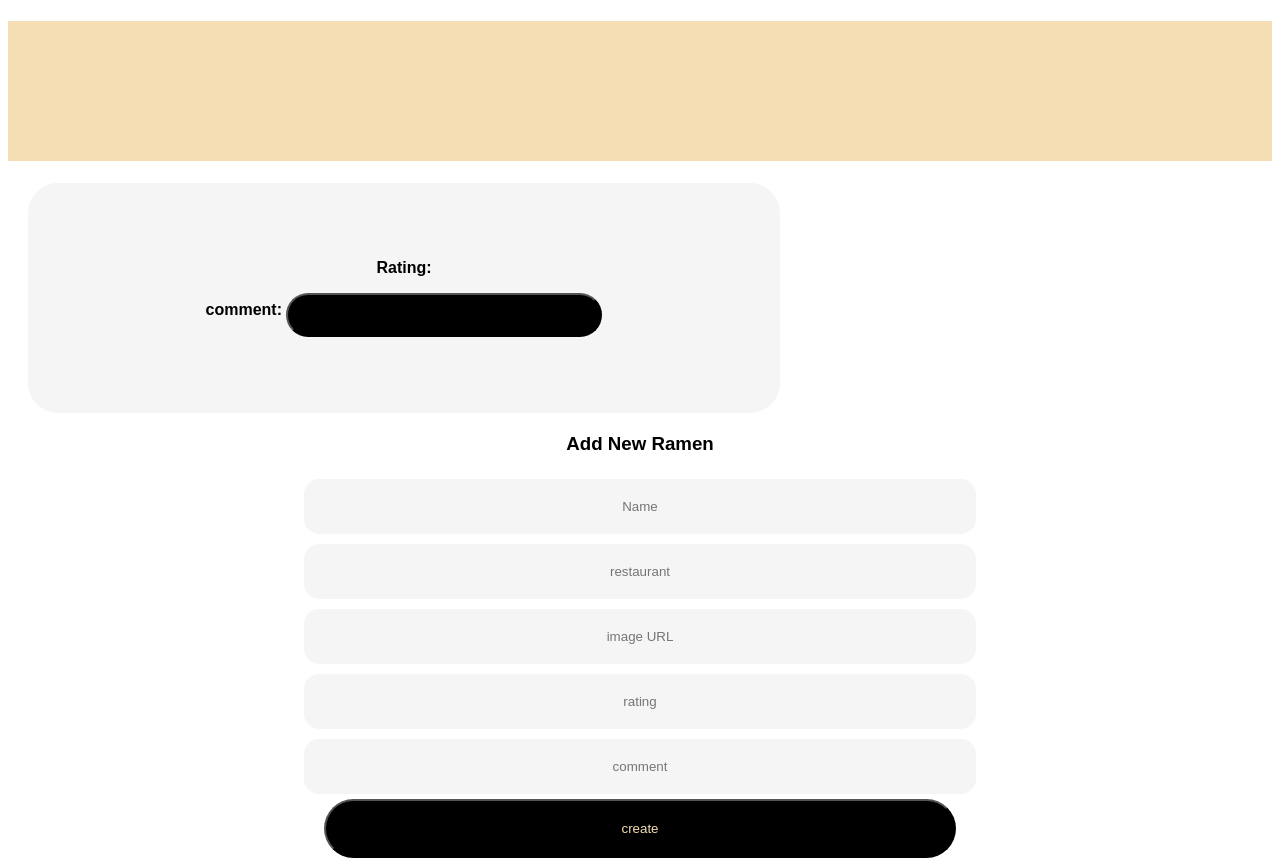
Repository: travinne/travthegr88
Page: code/ramen-rating-app/index.html
An editor plug-in stored every save of this project. The page is shown before and after the next save, followed by the edit.
The browser window is 1280 px wide. The pictures show the whole page.

Above is the page before, as saved 2025-03-19 10:13:30.

After the next save:
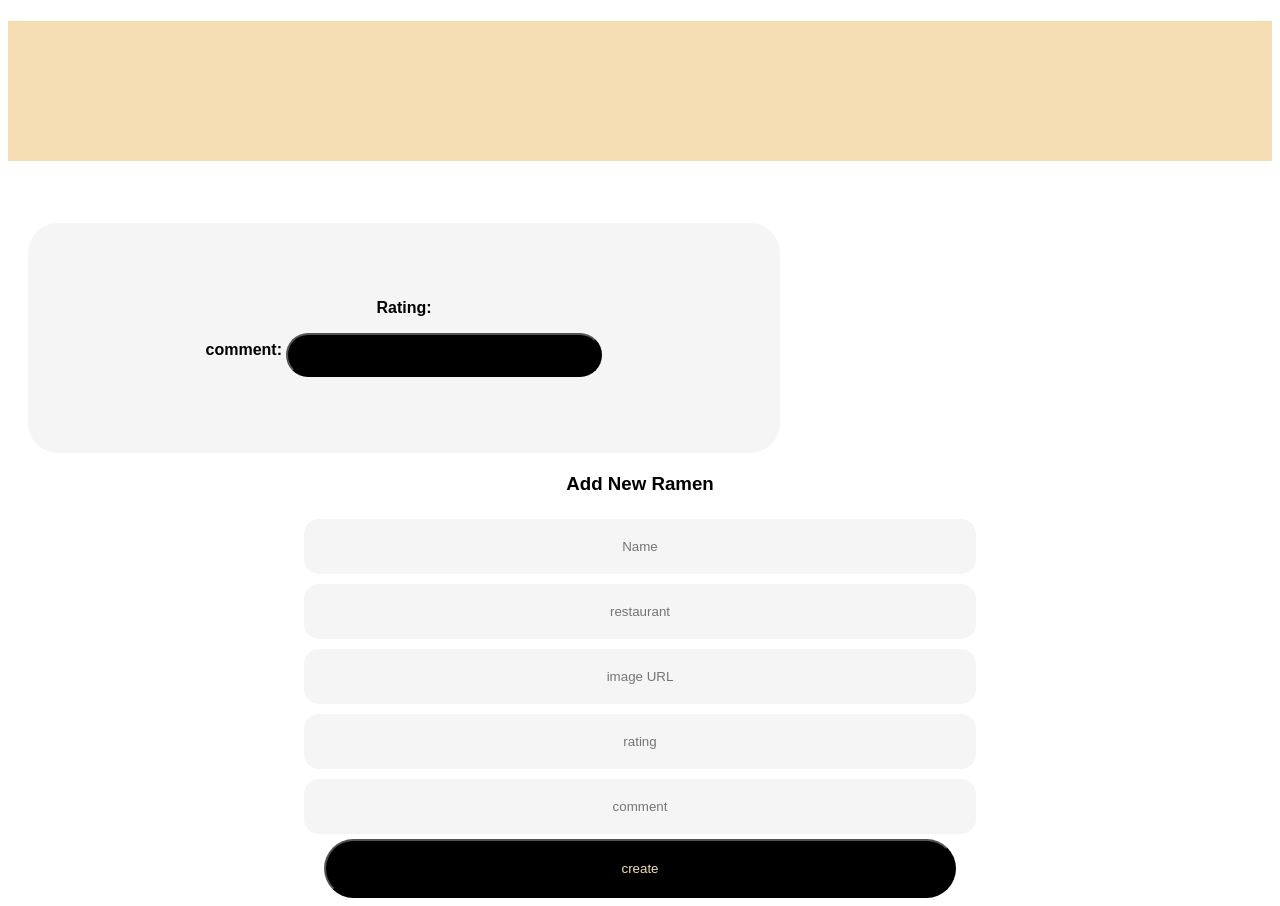
Saved 25 min 45 s later.
--- a/code/ramen-rating-app/index.html
+++ b/code/ramen-rating-app/index.html
@@ -11,7 +11,7 @@
 
         <h1 id="title"></h1>
        <div id="main">
-        <div id="myImg">
+        <div id="ramen-menu">
         </div>
         <div >
             <form id="edit-ramen-form">
